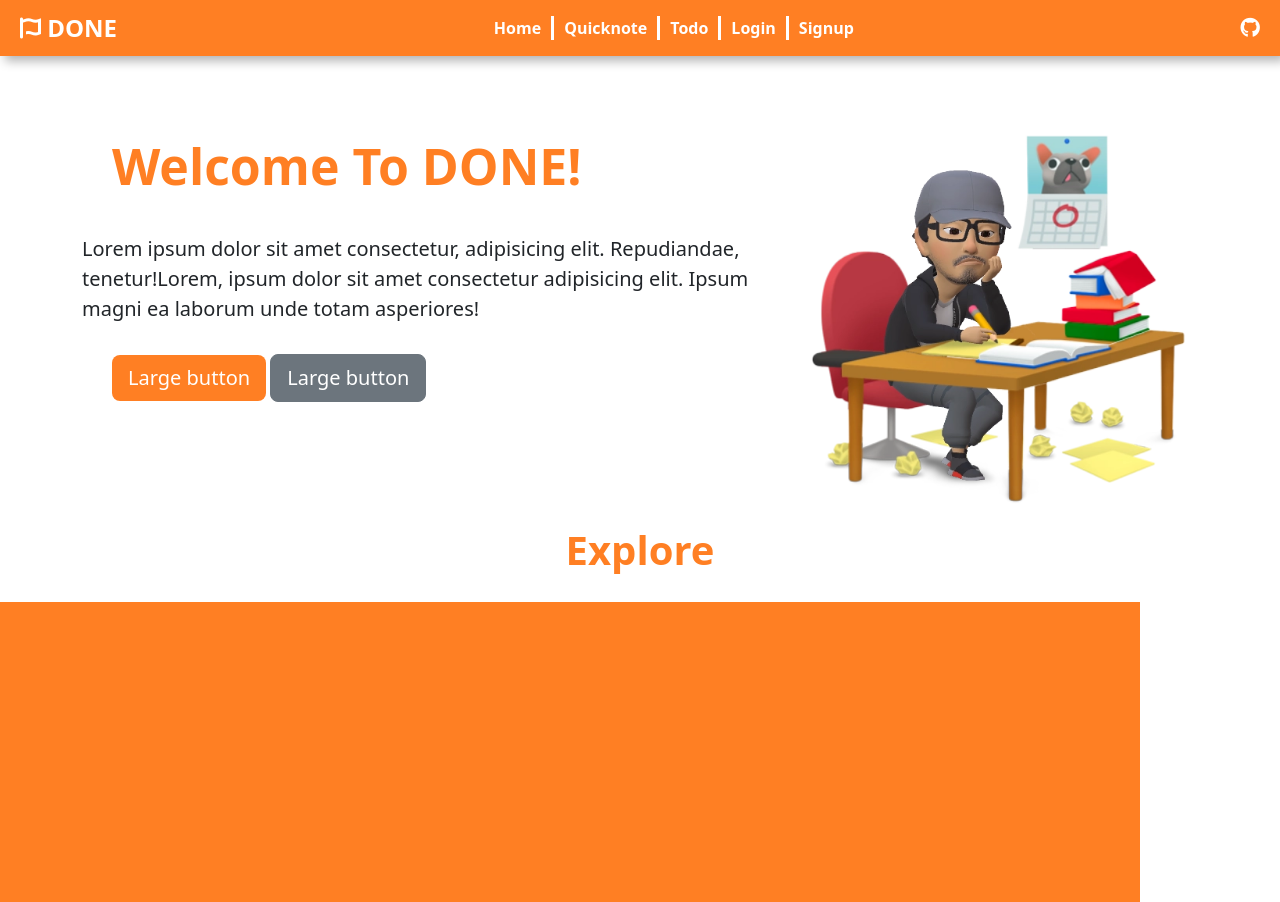
Repository: OmarEssameldinMousa/DONE
Page: index.html
The author's editor kept a copy of each file at every save. The page is drawn from the files as they stood at one save, then again after the next save.
The browser window is 1280 px wide. The pictures show the whole page.
Some web fonts or font styles are not loaded; a fallback is used.

Above is the page before, as saved 2023-12-17 20:46:25.

### index.html
<!DOCTYPE html>
<html lang="en">

<head>
    <meta charset="UTF-8">
    <meta name="viewport" content="width=device-width, initial-scale=1.0">
    <title>Home</title>
    <!-- Main Template CSS File -->
    <link rel="stylesheet" href="CSS/styles.css">
    <!-- Render and Normalize the ELements -->
    <link rel="stylesheet" href="CSS/normalize.css">
    <!-- Font Awsome Library -->
    <link rel="stylesheet" href="CSS/all.min.css">
    <!-- google fonts -->
    <link rel="preconnect" href="https://fonts.googleapis.com">
    <link rel="preconnect" href="https://fonts.gstatic.com" crossorigin>
    <link
        href="https://fonts.googleapis.com/css2?family=Kablammo&family=Work+Sans:wght@200;300;400;500;600;800&display=swap"
        rel="stylesheet">
    <!-- including bootstrap library -->
    <link href="https://cdn.jsdelivr.net/npm/bootstrap@5.3.2/dist/css/bootstrap.min.css" rel="stylesheet"
        integrity="sha384-T3c6CoIi6uLrA9TneNEoa7RxnatzjcDSCmG1MXxSR1GAsXEV/Dwwykc2MPK8M2HN" crossorigin="anonymous">

</head>

<body>
    <header>
        <nav>
            <!-- Logo with Font Awesome Icon -->
            <div class="logo">
                <i class="fab fa-font-awesome-flag"></i> DONE
            </div>

            <!-- Left-side Navigation Links -->
            <ul>
                <li><a href="#">Home</a></li>
                <li><a href="#">Quicknote</a></li>
                <li><a href="mytasks.html">Todo</a></li>
                <li><a href="#">Login</a></li>
                <li><a href="#">Signup</a></li>
            </ul>

            <!-- Right-side GitHub Icon -->
            <div class="github-icon">
                <a rel="" href="https://github.com/yourusername" target="_blank">
                    <i class="fab fa-github" style="color: white;"></i>
                </a>
            </div>
        </nav>

        <div class="container heading">
            <div class="landing">

                <div class="landingtext">
                    <h1>Welcome To DONE!</h1>
                    <p>Lorem ipsum dolor sit amet consectetur, adipisicing elit. Repudiandae, tenetur!Lorem, ipsum dolor
                        sit amet consectetur adipisicing elit. Ipsum magni ea laborum unde
                        totam
                        asperiores!</p>
                    <div class="buttons">
                        <button type="button" class="btn btn-primary btn-lg"
                            style="background-color: #ff7f23;border: none;">Large
                            button</button>
                        <button type="button" class="btn btn-secondary btn-lg">Large button</button>
                    </div>
                </div>

                <div class="logoimage">
                    <img src="images/omar.png" alt="">
                </div>
            </div>
        </div>
    </header>
    <div class="explore">
        <h1>Explore</h1>
    </div>

    <div class="container"
        style="background-color: #ff7f23; width: 100%; padding-left: 0px;padding-right: 0px; margin-left: 0px;margin-right: 0px;">
        <div class="tododemo">

        </div>
    </div>


    <script src="https://cdn.jsdelivr.net/npm/bootstrap@5.3.2/dist/js/bootstrap.bundle.min.js"
        integrity="sha384-C6RzsynM9kWDrMNeT87bh95OGNyZPhcTNXj1NW7RuBCsyN/o0jlpcV8Qyq46cDfL"
        crossorigin="anonymous"></script>
</body>

</html>

### CSS/styles.css
/* Start Variables */
:root{
    --main-color: rgba(235, 235, 235, 0.6);
    --secondery-color: #ff7f23;
    --third-color:#333;
}
/* End Variables */
/* Special Heading */
.special-heading{
    color: #ebeced;
    font-size: 100px;
    text-align: center;
    font-weight: 800;
    letter-spacing: -3px;
    margin: 0;

}
.special-heading + p{
    margin-top: -30px;
    text-align: center;
    font-size: 20px;
    color: #797979;
}
/* End Special Heading */
/* Start Global Rules */
*{
    -webkit-box-sizing: border-box;
    -moz-box-sizing: border-box;
    box-sizing: border-box;
}

body{

    font-family: 'Kablammo', cursive;
    font-family: 'Work Sans', sans-serif;
    background-color: #797979;

}

.container{
    padding-left: 15px;
    padding-right: 15px;
    margin-left: auto;
    margin-right: auto;
    background-color: #fff;
    margin: auto;
    width: 600px;
}

/*very small screens*/
@media (max-width: 767px){
    .container{
        .special-heading{
            font-size: 60px;
        }
        .special-heading + p{
            margin-top: -20px;
        }
        width: 390px;
        .landing{
            flex-direction: column;
            text-align: center;
            nav ul{
                display: none;
            }
        }

    }


}
/*small screens*/
@media (min-width: 768px){
    .container{
        width: 750px;
    }
}
/*Medium screens*/
@media (min-width: 992px){
    .container{
        width: 970px;
    }
}
/*Large screens*/
@media (min-width: 1200px){
    .container{
        width: 1170px;
    }
}
/* End Global Rules */


html{
    scroll-behavior: smooth;
}
/* navigation bar */

nav {
    background-color:  var(--secondery-color);
    color: white;
    display: flex;
    align-items: center;
    justify-content: space-between;
    padding: 10px 20px;
    box-shadow: 5px 5px 10px rgba(0, 0, 0, 0.3);
}
nav ul {
    list-style: none;
    margin: 0;
    padding: 0;
    display: flex;
}
nav ul li {
    margin-right: 10px;
    font-weight: bold;
}
nav ul li:not(:last-child) {
    border-right: solid 3px white;
    padding-right: 10px;
}
nav ul li a {
    text-decoration: none;
    color: white;
}
nav ul li a:hover {
    color: var(--main-color); /* Change color on hover */
}
.logo {
    font-size: 24px;
    font-weight: bold;
}
.github-icon {
    font-size: 20px;
    color: white;
}

.heading{
    display: flex;
    align-items: center;
    justify-content: center;
    margin-top: 50px;
    height: auto;
}

.landing{
    width: 100%;

    background-color: none;
    display: flex;
    flex-direction: row;

}

.landing h1{
    color: var(--secondery-color);
    font-size: 50px;
    font-weight: 900;
    padding: 30px;
}
.landing p{
    font-size: 20px;
}
.landing .logoimage img{
    width: 400px;
    position: relative;
    animation: topdown 2s ease-in-out infinite;
}

.landing .landingtext .buttons{
    margin: 30px;
    top: 150px;
}
@keyframes topdown {
    0%, 100% {
        top: 0; /* Starting and ending position (top) */
    }
    50% {
        top: 5px; /* Middle position (top) */
    }
}


.explore{
    height: auto;
    margin: 26px;
    text-align: center;
    display: block;
    padding: 20px;
    transition: 0.3s;
    width: min-content;
    margin: auto;
}
.explore h1{
    color: var(--secondery-color);
    font-weight: 900;
    transform: 0.3s;
}

.landing .logoimage{
    position: relative;
}
.explore h1:hover,
.explore:hover{
    background-color:var(--secondery-color);
    border-radius: 20px;
    color: #ebeced;
    cursor: pointer;
}



/* to do demo */
.tododemo{
    height: 300px;
    background-color: var(--secondery-color);
}

Loaded but not shown: CSS/normalize.css (library); CSS/all.min.css (library)

After the next save:
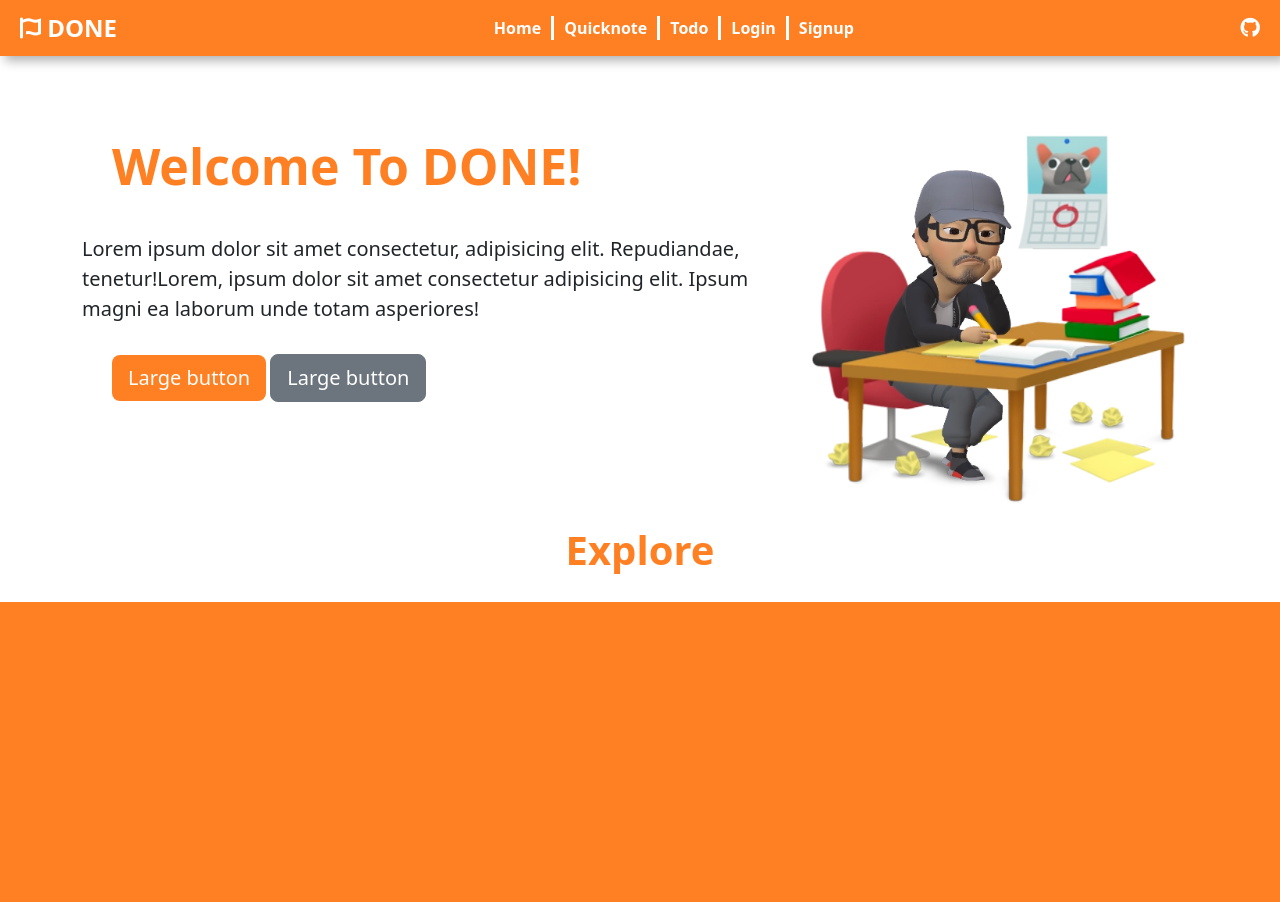
Saved 6 min 7 s later.
--- a/index.html
+++ b/index.html
@@ -75,12 +75,10 @@
         <h1>Explore</h1>
     </div>
 
-    <div class="container"
-        style="background-color: #ff7f23; width: 100%; padding-left: 0px;padding-right: 0px; margin-left: 0px;margin-right: 0px;">
-        <div class="tododemo">
+    <div class="tododemo">
 
-        </div>
     </div>
+
 
 
     <script src="https://cdn.jsdelivr.net/npm/bootstrap@5.3.2/dist/js/bootstrap.bundle.min.js"
